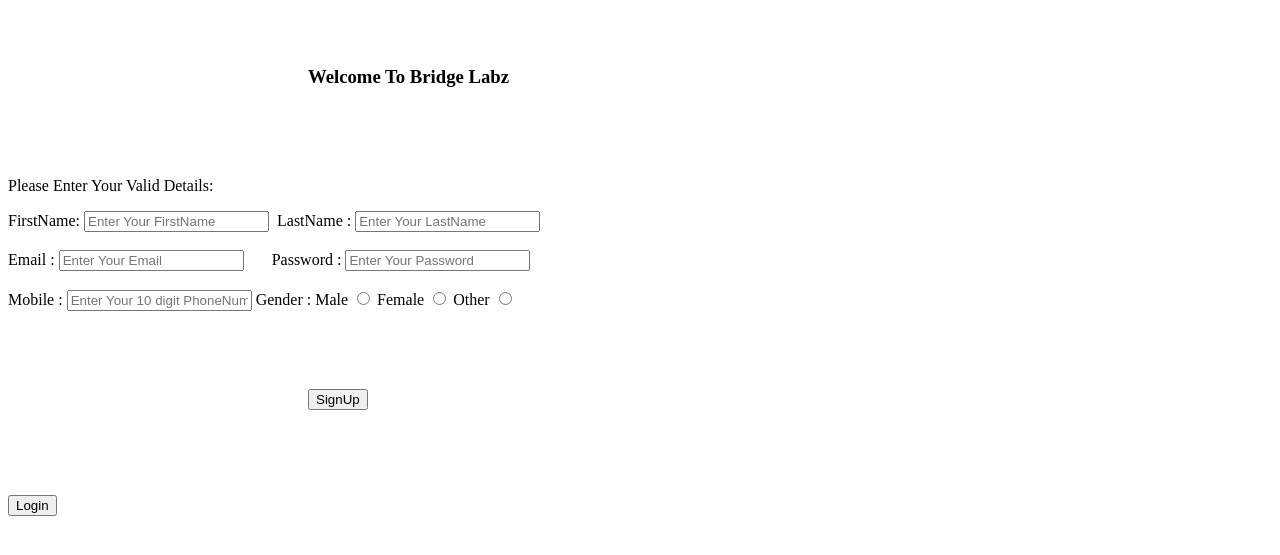
Repository: msibgathulla9980/Servlet
Page: LoginRegistrationApp/WebContent/Registration.html
These files come from the project's save history. The page is drawn as it stood at one moment and after the next save; the edit follows.
The browser window is 1280 px wide. The pictures show the whole page.

Above is the page before, as saved 2019-01-22 12:36:13.

After the next save:
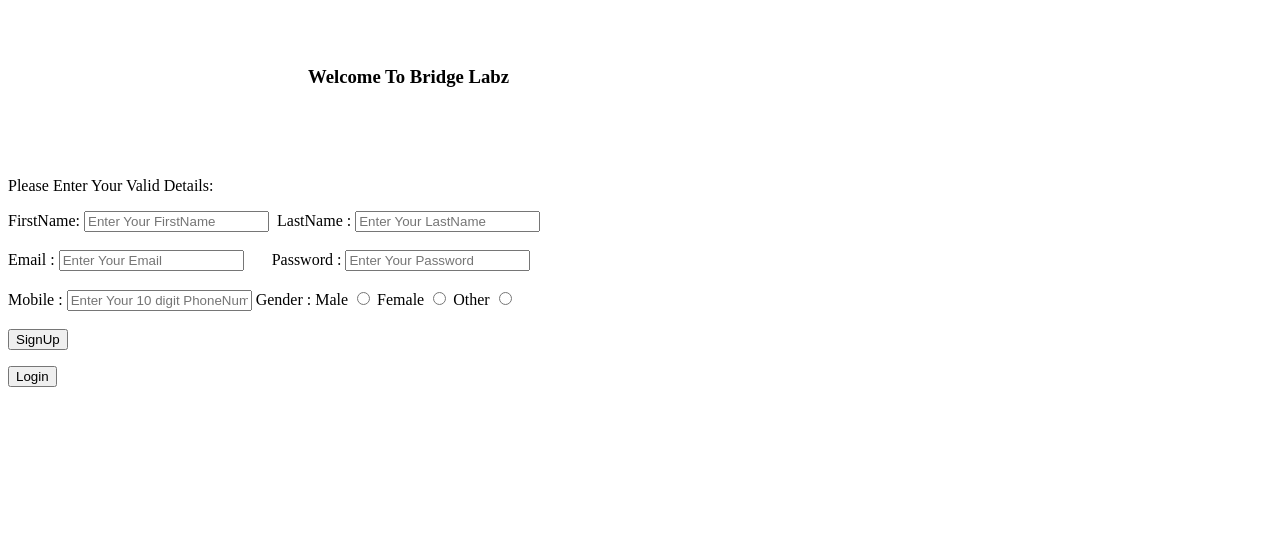
Saved 11 s later.
--- a/LoginRegistrationApp/WebContent/Registration.html
+++ b/LoginRegistrationApp/WebContent/Registration.html
@@ -18,7 +18,7 @@
  <input type="radio" name="gender" id="female" value="female" >
   <label for="other">Other</label>
  <input type="radio" name="gender" id="other" value="other" ><br><br>
-<object align="middle"></object><input type="submit" value="SignUp"/>
+<input type="submit" value="SignUp"/>
 </form>
 <a href="login.html"></a><input type="submit" value="Login"/>
 </body>

After the save that followed:
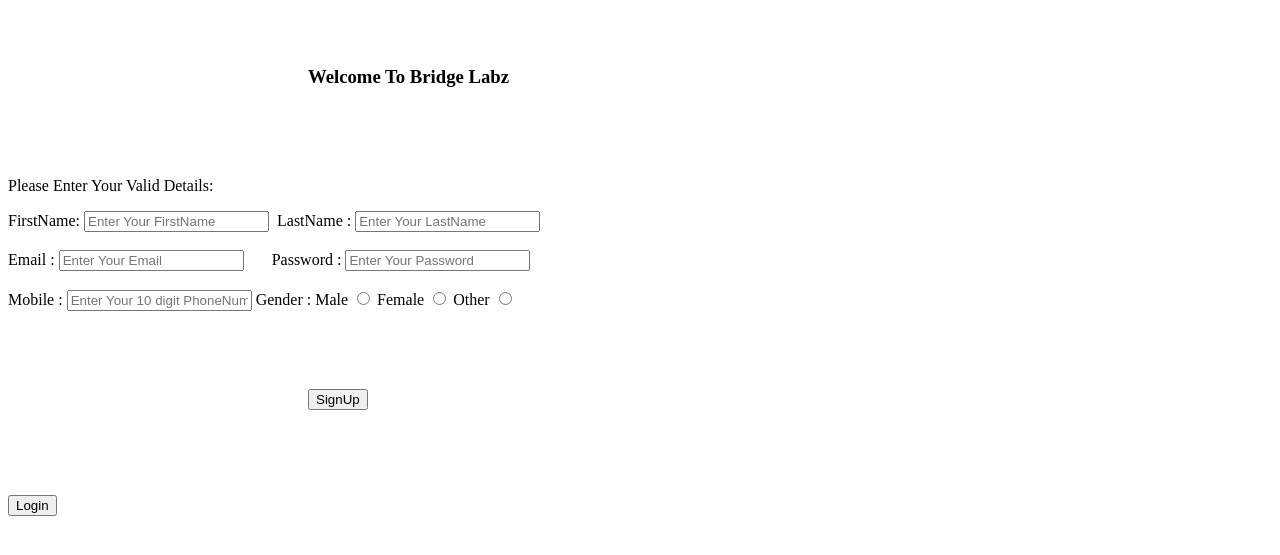
Saved 12 s later.
--- a/LoginRegistrationApp/WebContent/Registration.html
+++ b/LoginRegistrationApp/WebContent/Registration.html
@@ -18,7 +18,7 @@
  <input type="radio" name="gender" id="female" value="female" >
   <label for="other">Other</label>
  <input type="radio" name="gender" id="other" value="other" ><br><br>
-<input type="submit" value="SignUp"/>
+<object align="middle"></object><input type="submit" value="SignUp"/>
 </form>
 <a href="login.html"></a><input type="submit" value="Login"/>
 </body>
